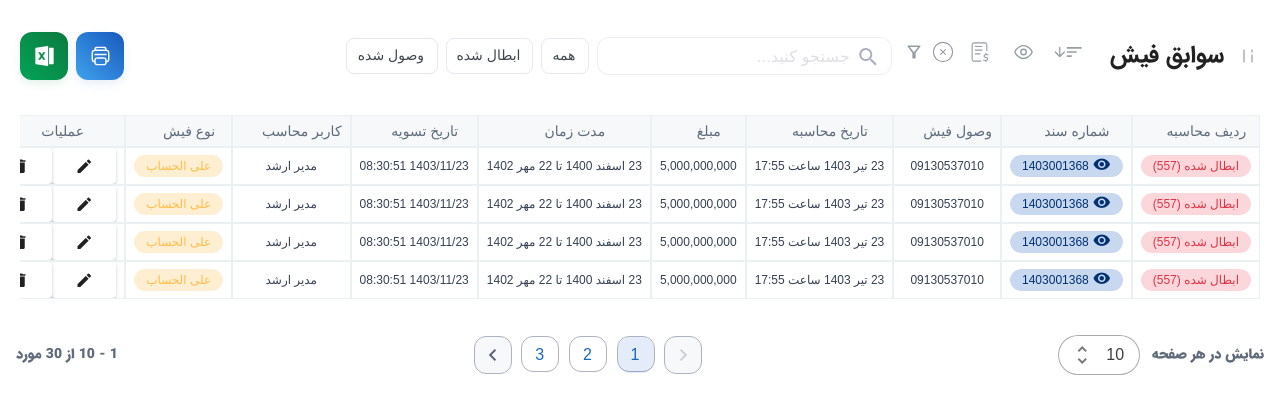
Repository: mobinazarein/data-table
Page: /
An editor plug-in stored every save of this project. The page is shown before and after the next save, followed by the edit.
The browser window is 1280 px wide. The pictures show the whole page.
Some web fonts or font styles are not loaded; a fallback is used. The project was rebuilt for these pictures with package versions that can differ from the ones it lists, and the page was loaded fresh each time. Also part of the build but not shown: vue.config.js.

Above is the page before, as saved 2025-03-26 11:42:15.

After the next save:
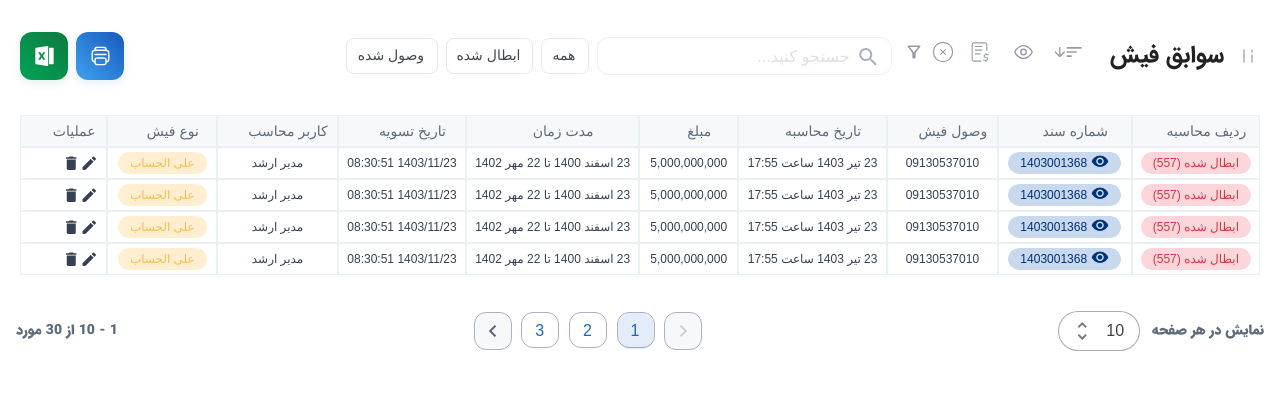
Saved 29 s later.
--- a/src/components/DataTable.vue
+++ b/src/components/DataTable.vue
@@ -78,9 +78,8 @@
           </template>
           <template #item.actions="{ item }">
             <div class="d-flex align-center">
-              <v-btn v-for="(action, index) in actions" :key="index" @click="action.method(item)">
-                <v-icon>{{ action.icon }}</v-icon>
-              </v-btn>
+              <v-icon v-for="(action, index) in actions" :key="index" @click="action.method(item)">{{ action.icon
+                }}</v-icon>
             </div>
           </template>
         </v-data-table>
